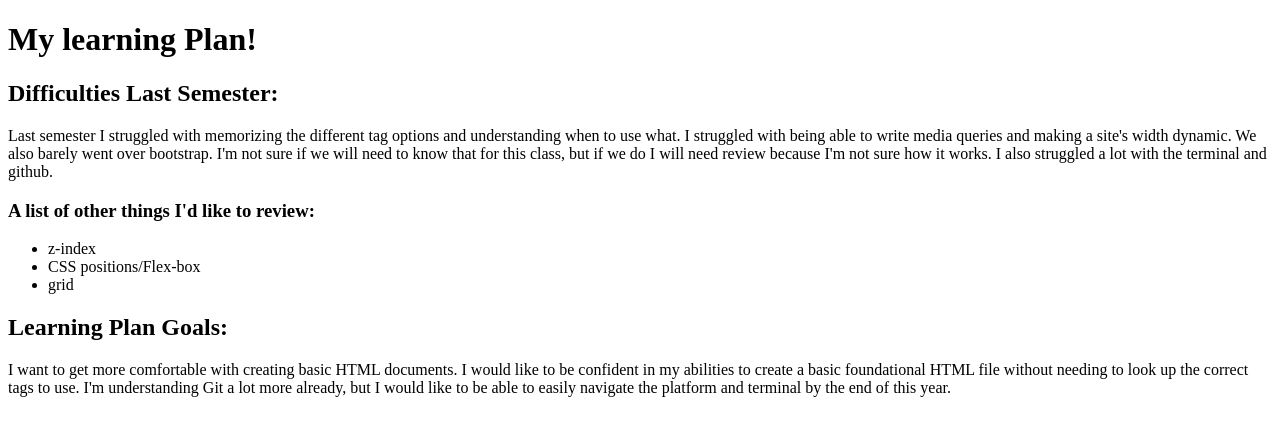
Repository: awollf/mdia-2109
Page: learning-plan.html
An editor plug-in stored every save of this project. The page is shown before and after the next save, followed by the edit.
The browser window is 1280 px wide. The pictures show the whole page.

Above is the page before, as saved 2026-01-26 11:50:56.

### learning-plan.html
<!DOCTYPE html>
<html lang="en">
<head>
    <meta charset="UTF-8">
    <meta name="viewport" content="width=device-width, initial-scale=1.0">
    <title>Learning Plan</title>
</head>
<body>
    <h1>My learning Plan!</h1>

    <h2>Difficulties Last Semester:</h2>
    <p>Last semester I struggled with memorizing the different tag options and understanding when to use what.
        I struggled with being able to write media queries and making a site's width dynamic.
        We also barely went over bootstrap. I'm not sure if we will need to know that for this class, but if we do
        I will need review because I'm not sure how it works. I also struggled a lot with the terminal and github.
    </p>

    <h3>A list of other things I'd like to review:</h3>
    <ul>
        <li>z-index</li>
        <li>CSS positions/Flex-box</li>
        <li>grid</li>
    </ul>

    <h2>Learning Plan Goals:</h2>
    <p>I want to get more comfortable with creating basic HTML documents. I would like to be confident in my abilities
    to create a basic foundational HTML file without needing to look up the correct tags to use. I'm understanding Git a lot more already,
    but I would like to be able to easily navigate the platform and terminal by the end of this year. </p>

</body>
</html>

After the next save:
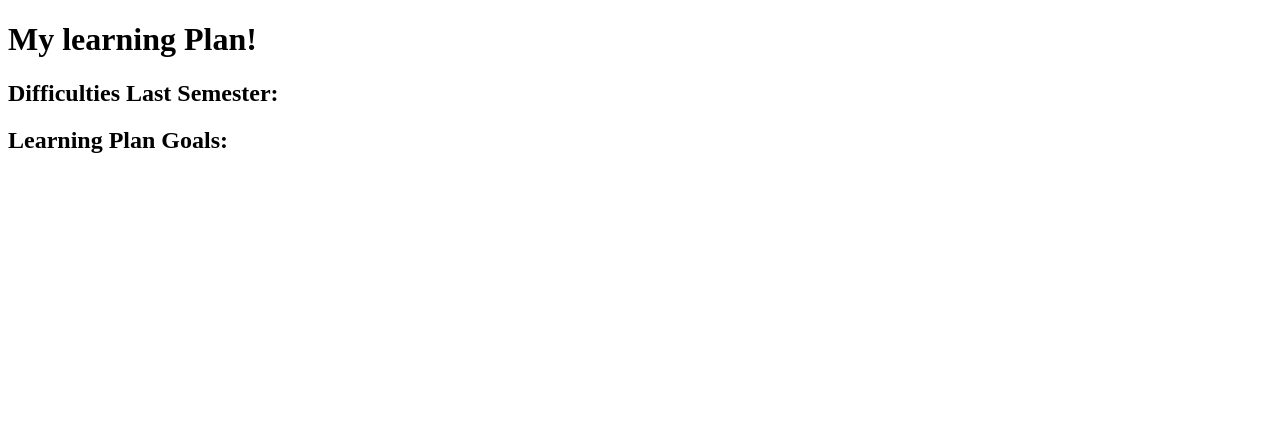
Saved 69 s later.
--- a/learning-plan.html
+++ b/learning-plan.html
@@ -9,23 +9,10 @@
     <h1>My learning Plan!</h1>
 
     <h2>Difficulties Last Semester:</h2>
-    <p>Last semester I struggled with memorizing the different tag options and understanding when to use what.
-        I struggled with being able to write media queries and making a site's width dynamic.
-        We also barely went over bootstrap. I'm not sure if we will need to know that for this class, but if we do
-        I will need review because I'm not sure how it works. I also struggled a lot with the terminal and github.
-    </p>
-
-    <h3>A list of other things I'd like to review:</h3>
-    <ul>
-        <li>z-index</li>
-        <li>CSS positions/Flex-box</li>
-        <li>grid</li>
-    </ul>
+    <p></p>
 
     <h2>Learning Plan Goals:</h2>
-    <p>I want to get more comfortable with creating basic HTML documents. I would like to be confident in my abilities
-    to create a basic foundational HTML file without needing to look up the correct tags to use. I'm understanding Git a lot more already,
-    but I would like to be able to easily navigate the platform and terminal by the end of this year. </p>
+    <p></p>
 
 </body>
 </html>
